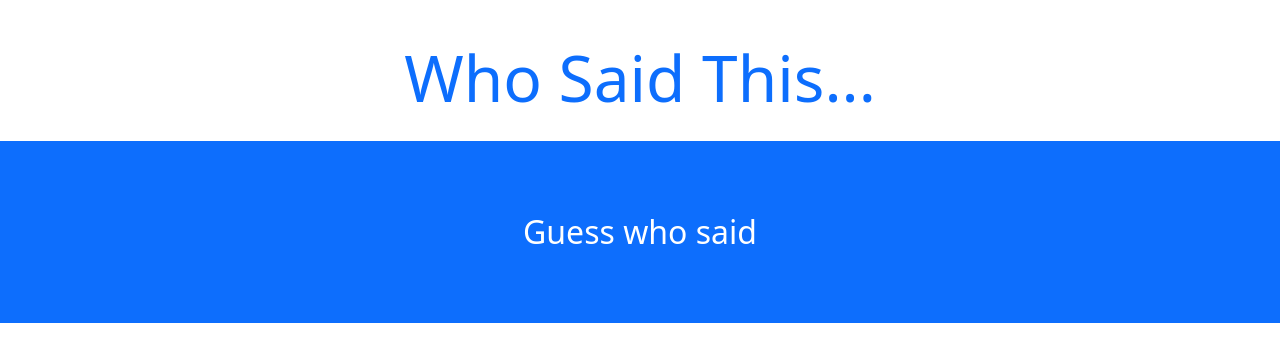
Repository: julihocc/netninja-quiz
Page: index.html
An editor plug-in stored every save of this project. The page is shown before and after a run of saves, followed by the edit.
The browser window is 1280 px wide. The pictures show the whole page.

Above is the page before, as saved 2022-09-27 19:10:28.

### index.html
<!DOCTYPE html>
<html lang="en">

<head>
    <meta charset="UTF-8">
    <meta http-equiv="X-UA-Compatible" content="IE=edge">
    <meta name="viewport" content="width=device-width, initial-scale=1.0">

    <!-- CSS only -->
    <link href="https://cdn.jsdelivr.net/npm/bootstrap@5.2.1/dist/css/bootstrap.min.css" rel="stylesheet"
        integrity="sha384-iYQeCzEYFbKjA/T2uDLTpkwGzCiq6soy8tYaI1GyVh/UjpbCx/TYkiZhlZB6+fzT" crossorigin="anonymous">

    <title>Who Said It...</title>
</head>

<body>

    <div class="intro py-3 bg-white text-center">
        <div class="container">
            <h2 class="text-primary display-3 my-4">
                Who Said This...
            </h2>
        </div>

        <div class="quiz py-4 bg-primary">
            <div class="container lead">
                <h2 class="my-5 text-white">
                    Guess who said
                </h2>
            </div>
        </div>
    <script src="app.js"></script>
</body>

</html>

Loaded but not shown: app.js (no stored copy; drawn as an empty file)

After the next 2 saves:
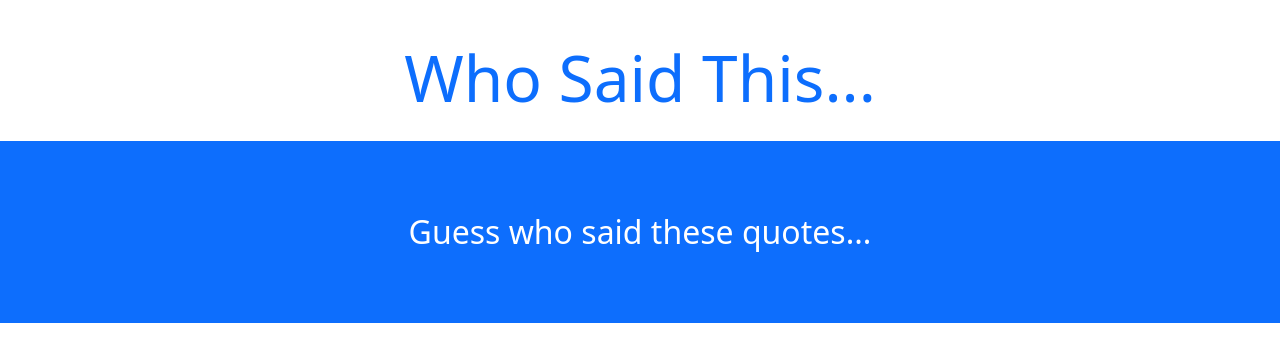
The 2 saves are shown as one change because they came seconds apart.
The last was saved 7 s later.
--- a/index.html
+++ b/index.html
@@ -25,7 +25,7 @@
         <div class="quiz py-4 bg-primary">
             <div class="container lead">
                 <h2 class="my-5 text-white">
-                    Guess who said
+                    Guess who said these quotes...
                 </h2>
             </div>
         </div>
